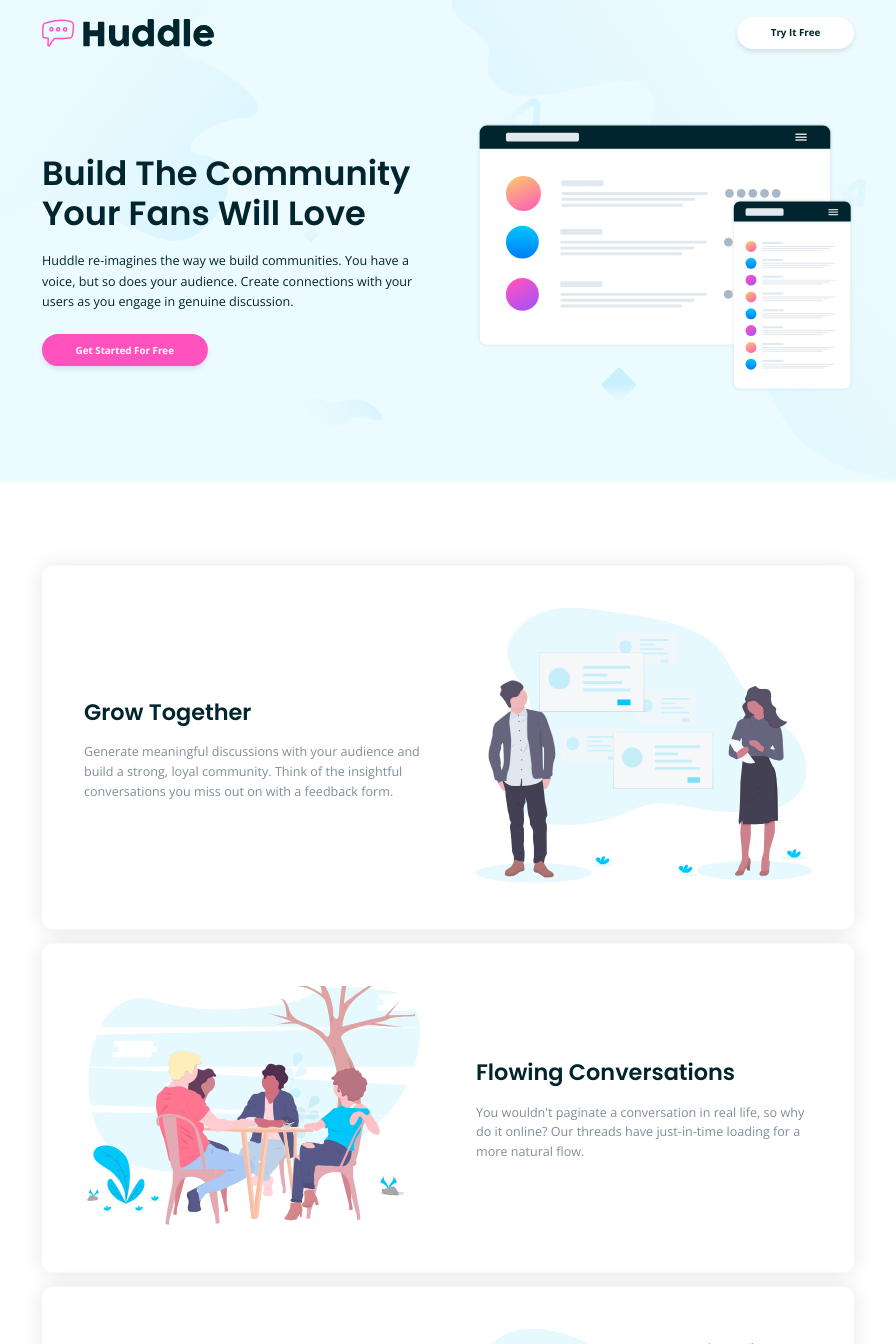
Repository: blordeus/huddle-landing-page
Page: index.html
An editor plug-in stored every save of this project. The page is shown before and after the next save, followed by the edit.
The browser window is 1280 px wide. The pictures show the part of the page from y = 0 to 1920 px (the page is 3305 px tall before and 3302 px after), at 70% of full size.

Above is the page before, as saved 2025-07-01 11:36:11.

After the next save:
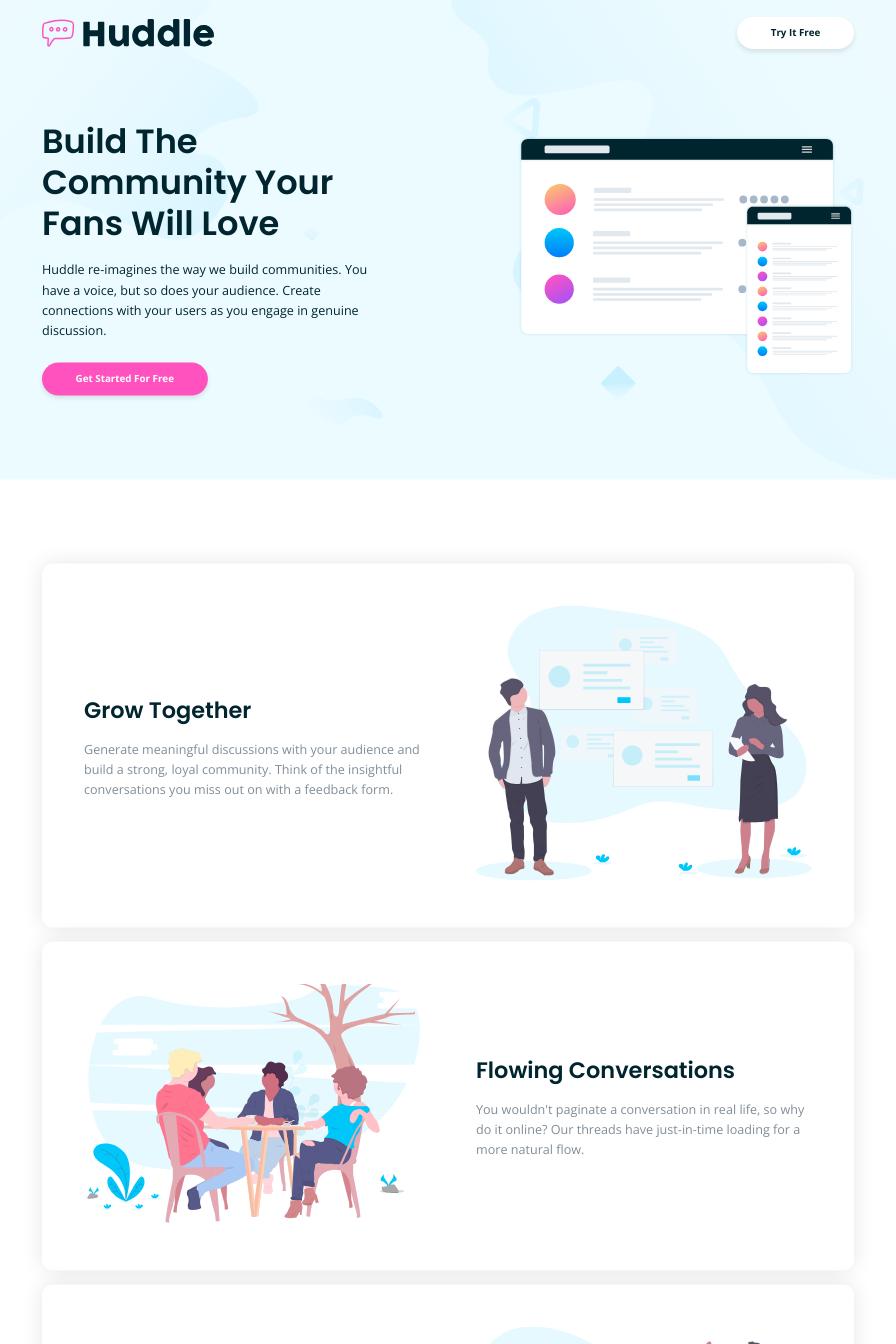
Saved 55 s later.
--- a/styles.css
+++ b/styles.css
@@ -77,7 +77,7 @@
     .hero-content {
       display: grid;
       grid-template-columns: 1fr 1fr;
-      gap: 80px;
+      gap: 200px;
       align-items: center;
     }
 

After the save that followed:
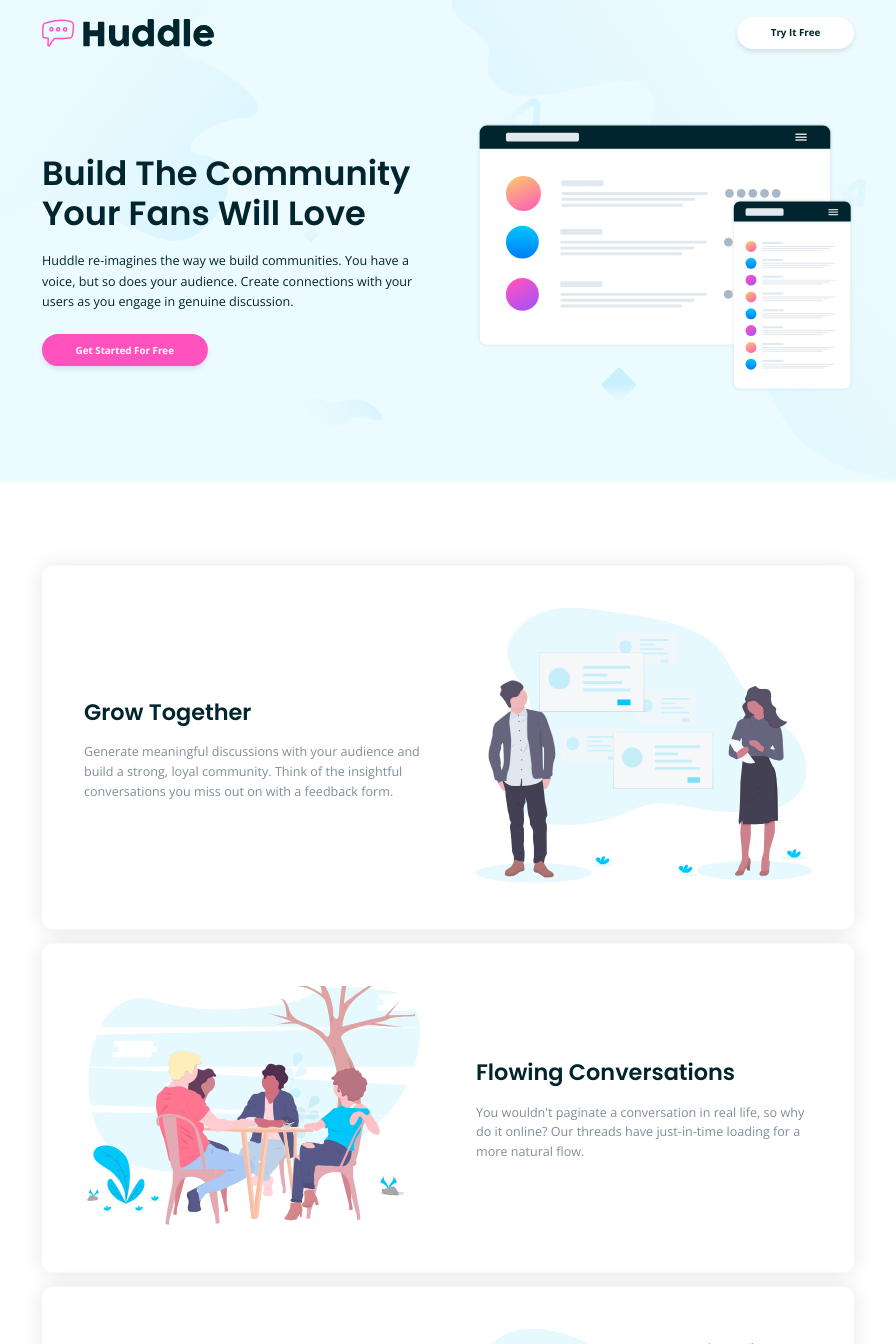
Saved 9 s later.
--- a/styles.css
+++ b/styles.css
@@ -77,7 +77,7 @@
     .hero-content {
       display: grid;
       grid-template-columns: 1fr 1fr;
-      gap: 200px;
+      gap: 80px;
       align-items: center;
     }
 
